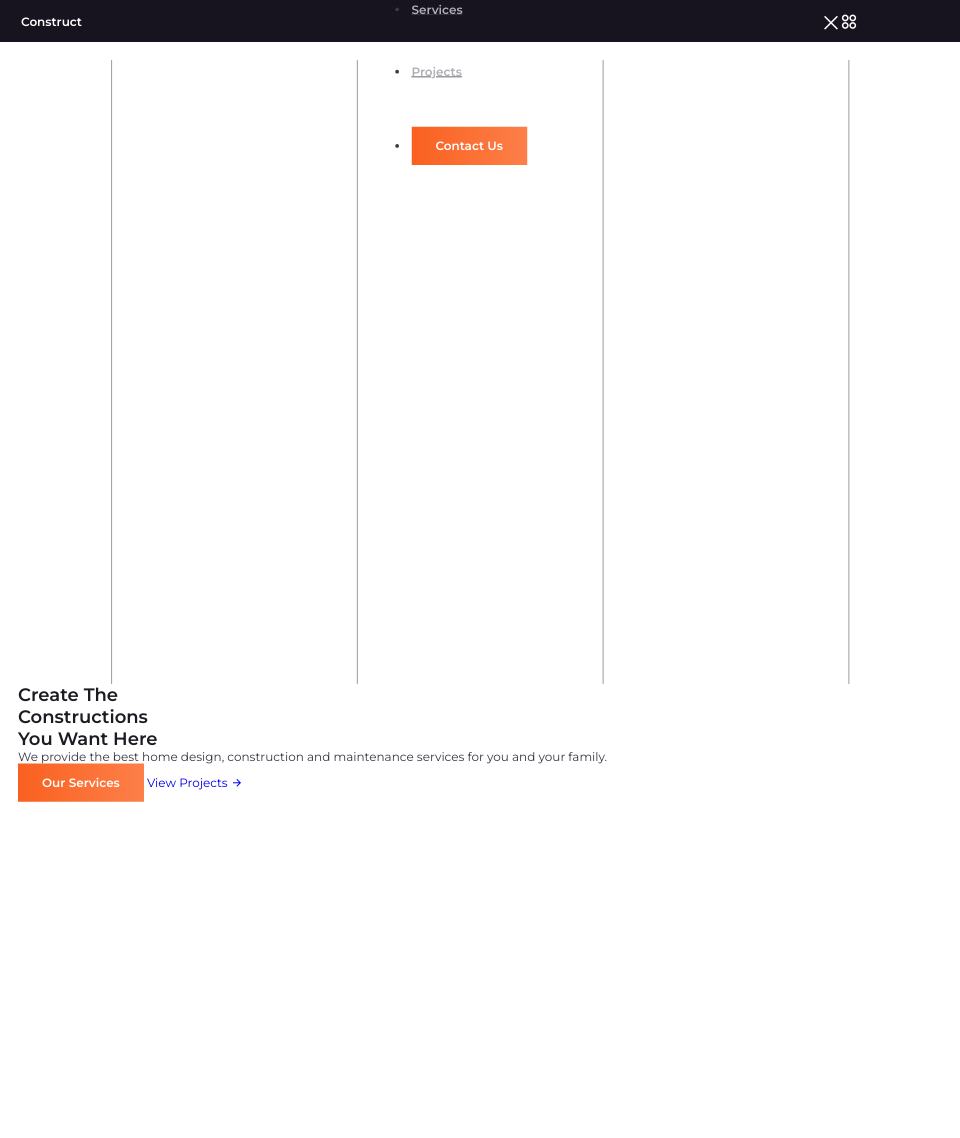
Repository: douglasabnovato/construction
Page: index.html
An editor plug-in stored every save of this project. The page is shown before and after the next save, followed by the edit.
The browser window is 1280 px wide. The pictures show the whole page, at 75% of full size.

Above is the page before, as saved 2025-04-29 00:37:46.

After the next save:
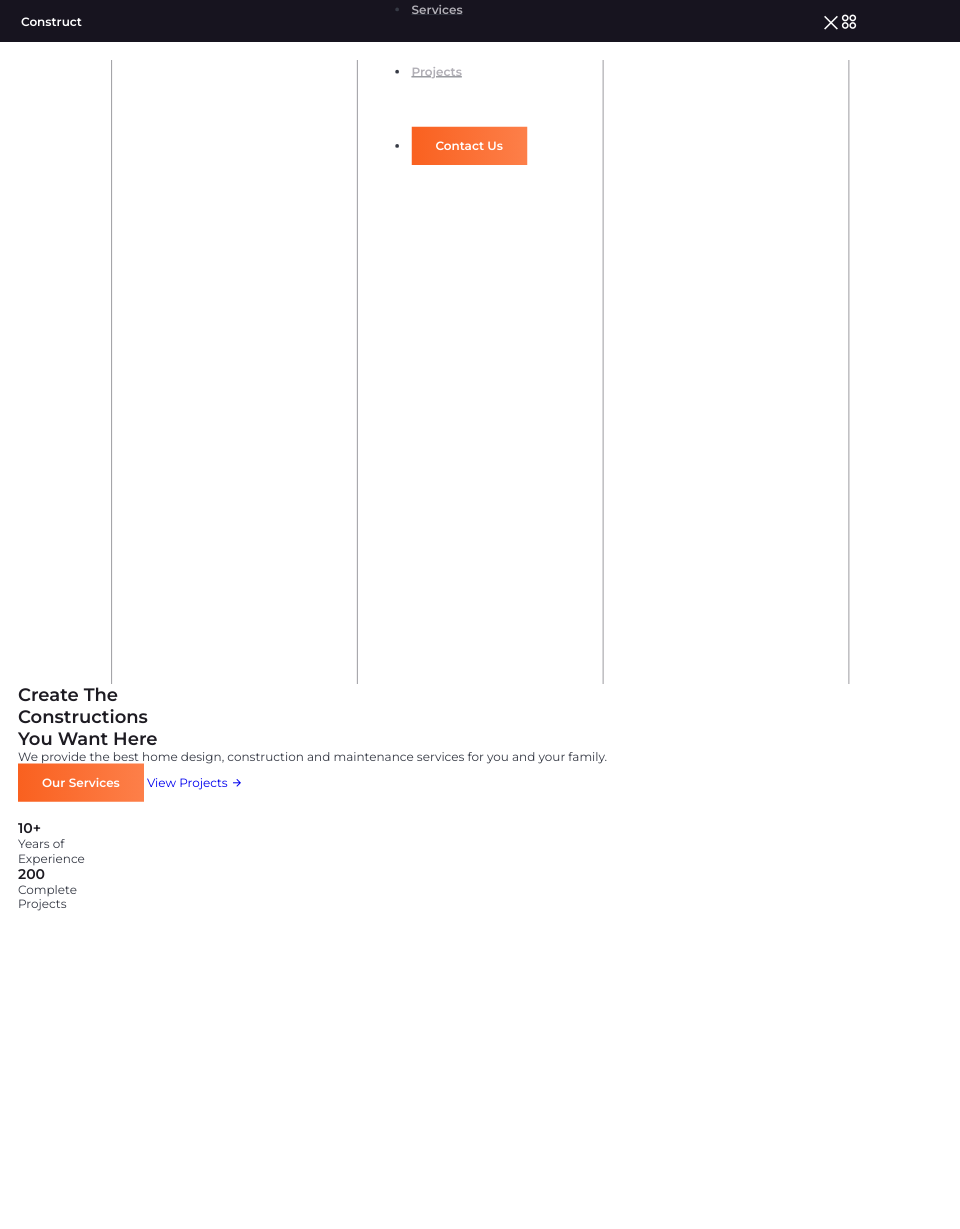
Saved 47 s later.
--- a/index.html
+++ b/index.html
@@ -93,12 +93,12 @@
             </div>
             <div class="home__info">
               <div>
-                <h3 class="home__info-title"></h3>
-                <p class="home__info-description"></p>
+                <h3 class="home__info-title">10+</h3>
+                <p class="home__info-description">Years of <br> Experience</p>
               </div>
               <div>
-                <h3 class="home__info-title"></h3>
-                <p class="home__info-description"></p>
+                <h3 class="home__info-title">200</h3>
+                <p class="home__info-description">Complete <br> Projects</p>
               </div>
             </div>
           </div>
